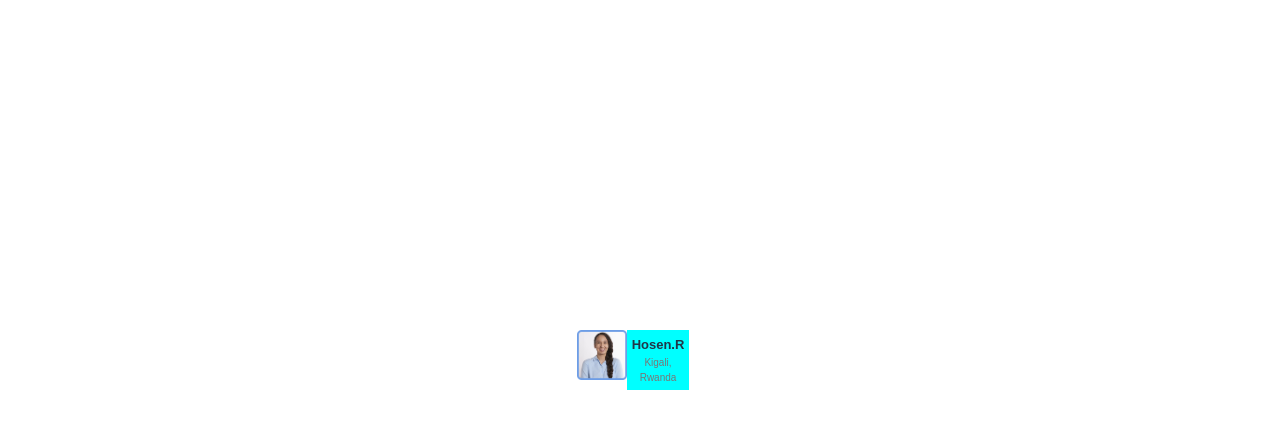
Repository: Auda-frontend/Kenshikeza
Page: /
An editor plug-in stored every save of this project. The page is shown before and after the next save, followed by the edit.
The browser window is 1280 px wide. The pictures show the whole page.
The project was rebuilt for these pictures with package versions that can differ from the ones it lists, and the page was loaded fresh each time. Also part of the build but not shown: vite.config.js.

Above is the page before, as saved 2024-01-24 22:45:54.

After the next save:
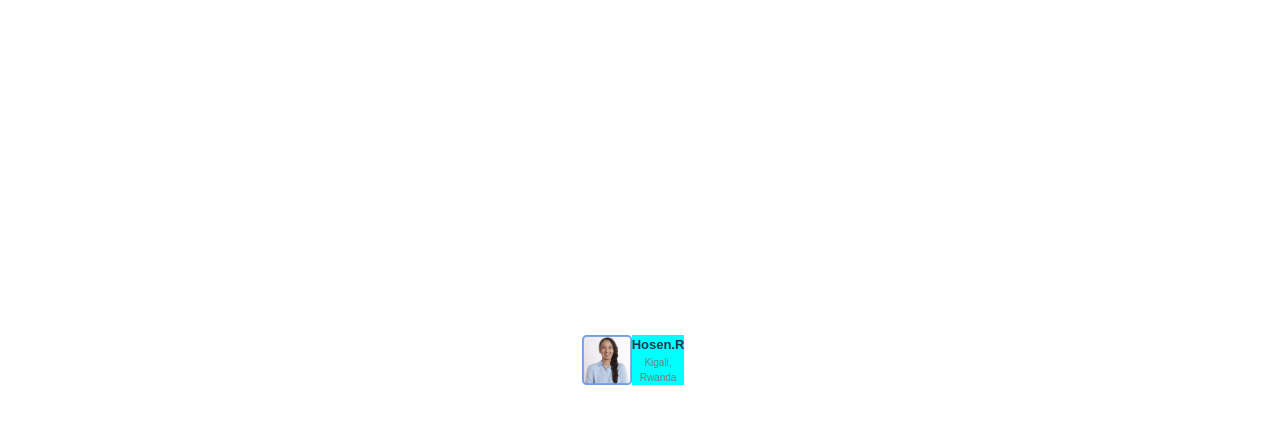
Saved 5 s later.
--- a/src/Components/SideBar.css
+++ b/src/Components/SideBar.css
@@ -20,7 +20,7 @@
 .desc{
     display: table-column;
     align-items: center;
-
+    pad
     padding: 5px;
     background-color: aqua;
 }

After the save that followed:
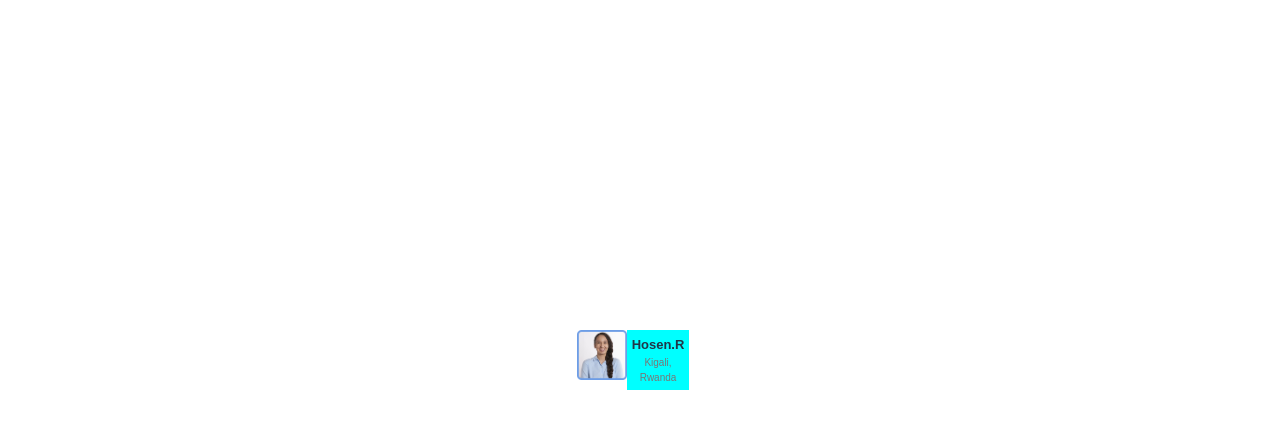
Saved 5 s later.
--- a/src/Components/SideBar.css
+++ b/src/Components/SideBar.css
@@ -20,7 +20,7 @@
 .desc{
     display: table-column;
     align-items: center;
-    pad
+    padding-top: 10px;
     padding: 5px;
     background-color: aqua;
 }
